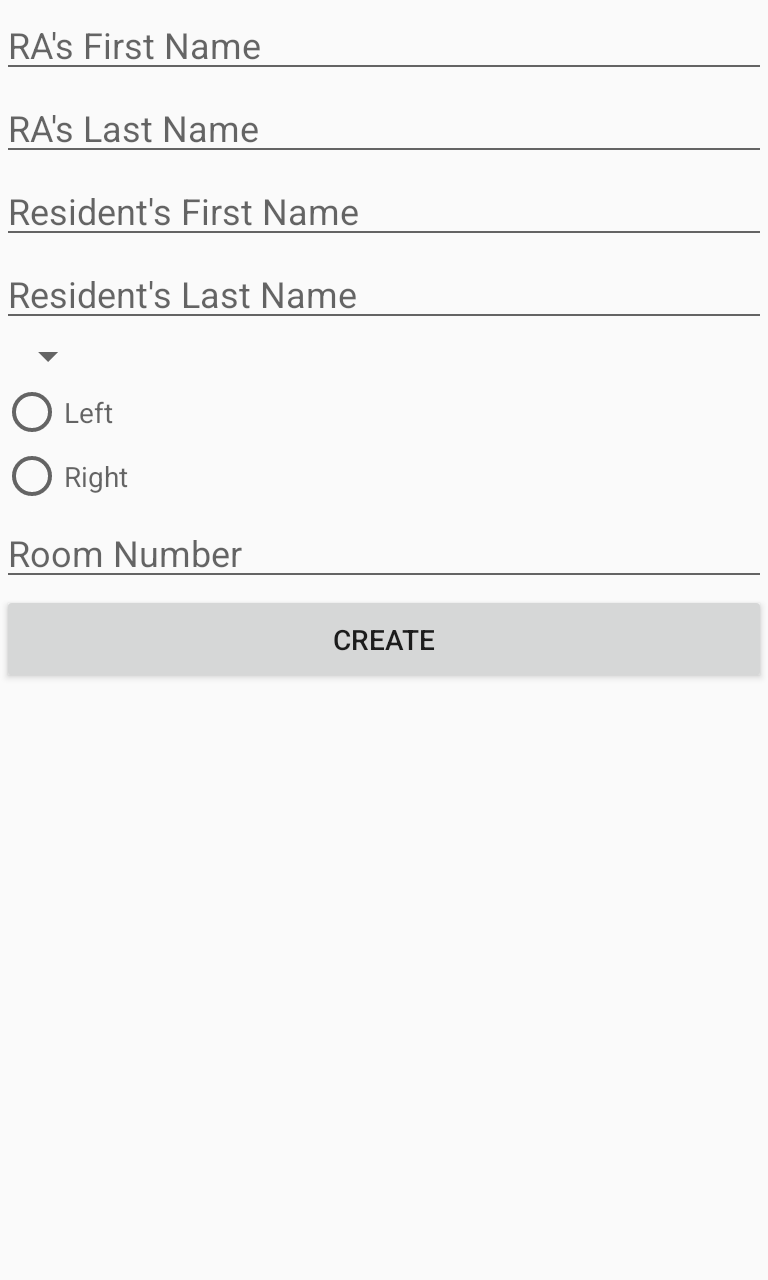
Repository: Android-BD/android-final-project
Layout: FinalProject/res/layout/create_rcr.xml
An editor plug-in stored every save of this project. The layout is shown before and after the next save, followed by the edit.
It is drawn on a 768 x 1280 px phone screen (xhdpi) without system bars, with theme AppTheme; the app's code is not run.

Above is the layout before, as saved 2014-05-08 01:27:10.

After the next save:
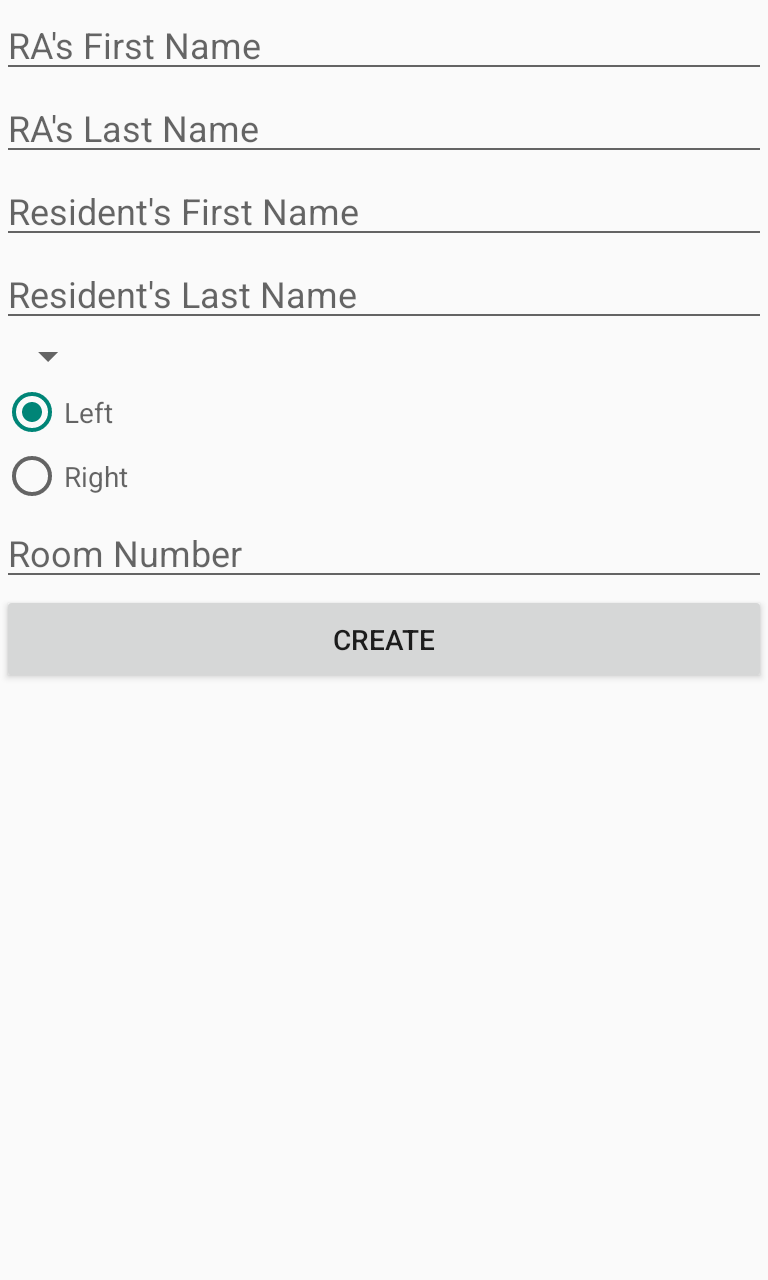
Saved 10 min 10 s later.
--- a/FinalProject/res/layout/create_rcr.xml
+++ b/FinalProject/res/layout/create_rcr.xml
@@ -36,7 +36,8 @@
         <RadioButton android:id="@+id/room_side_left"
             android:layout_width="wrap_content"
             android:layout_height="wrap_content"
-            android:hint="@string/left" />
+            android:hint="@string/left"
+            android:checked="true"/>
         <RadioButton android:id="@+id/room_side_right"
             android:layout_width="wrap_content"
             android:layout_height="wrap_content"
